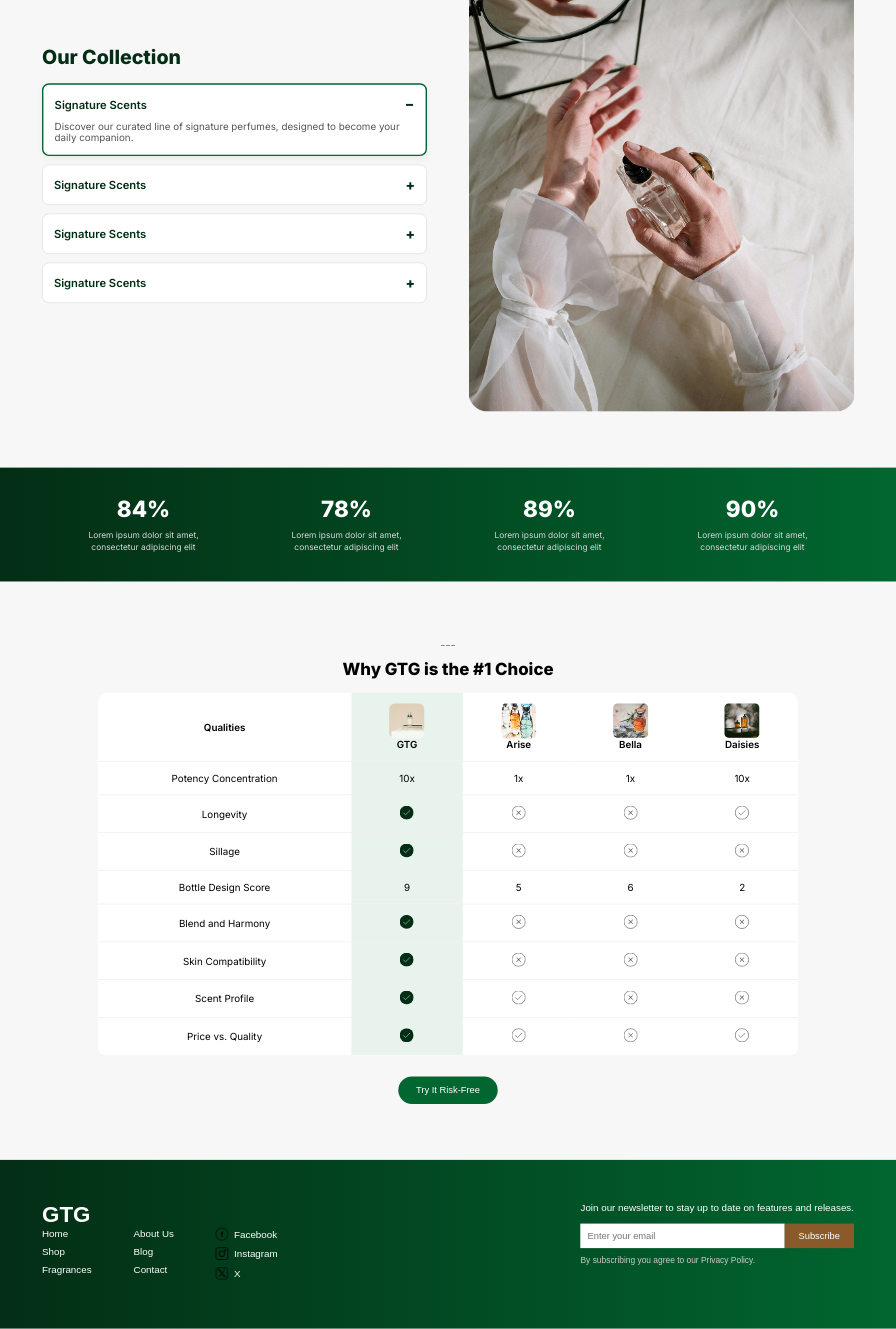
Repository: Prakashadavi/Assignment
Page: index.html
These files come from the project's save history. The page is drawn as it stood at one moment and after a run of saves; the edit follows.
The browser window is 1280 px wide. The pictures show the part of the page from y = 2220 to 4140 px (the page is 4118 px tall before and 4140 px after), at 70% of full size.
A picture or video elsewhere on the page could not be fetched, so the positions and the page height are approximate. Some web fonts or font styles are not loaded; a fallback is used.

Above is the page before, as saved 2026-03-26 11:59:36.

After the next 3 saves:
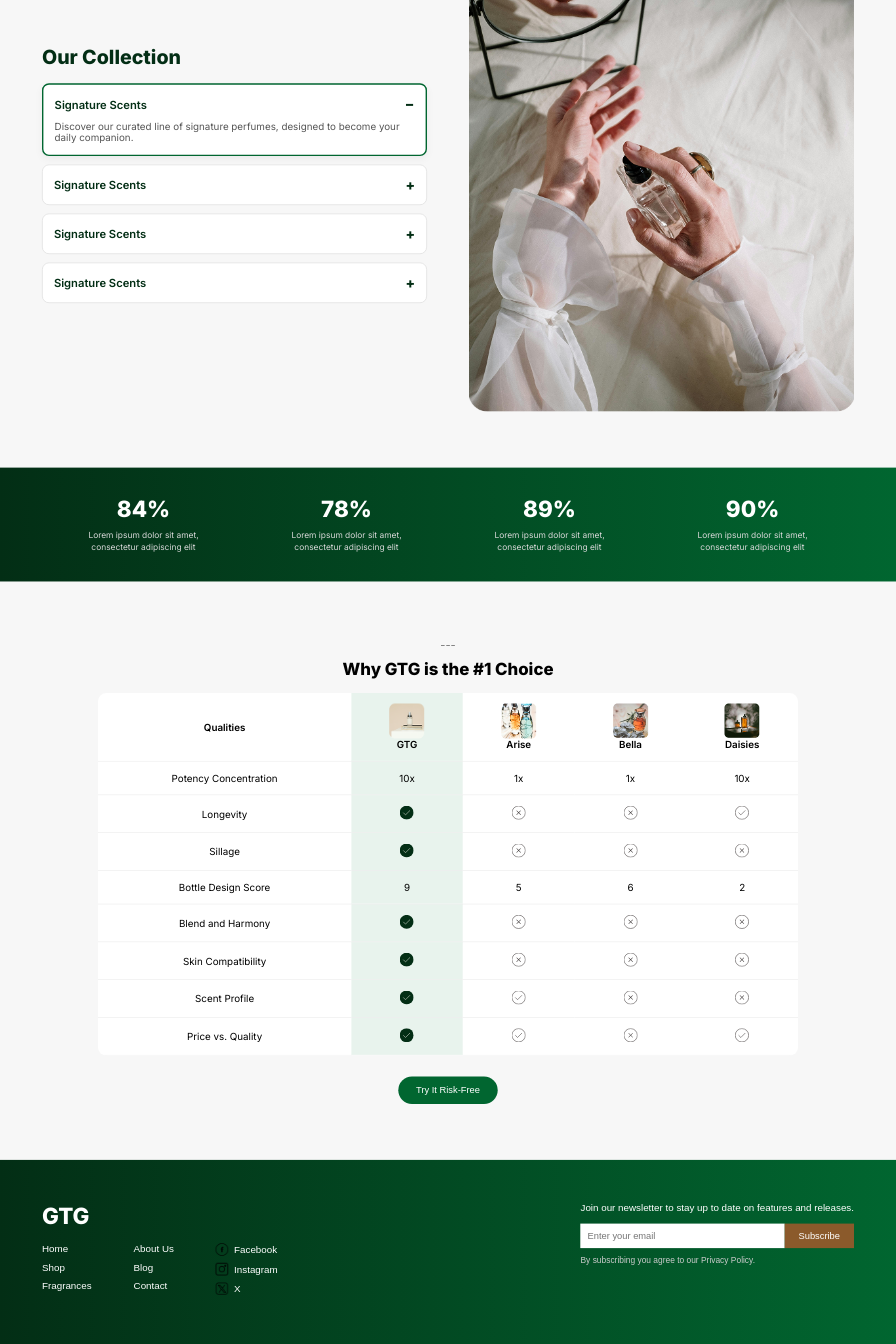
The 3 saves are shown as one change because they came seconds apart.
The last was saved 74 s later.
--- a/style.css
+++ b/style.css
@@ -731,7 +731,7 @@ input[type="radio"]{
 
 .footer-left h2{
   font-size:32px;
-  f
+  font-family:'Inter',sans-serif;
   margin-bottom:20px;
 }
 
